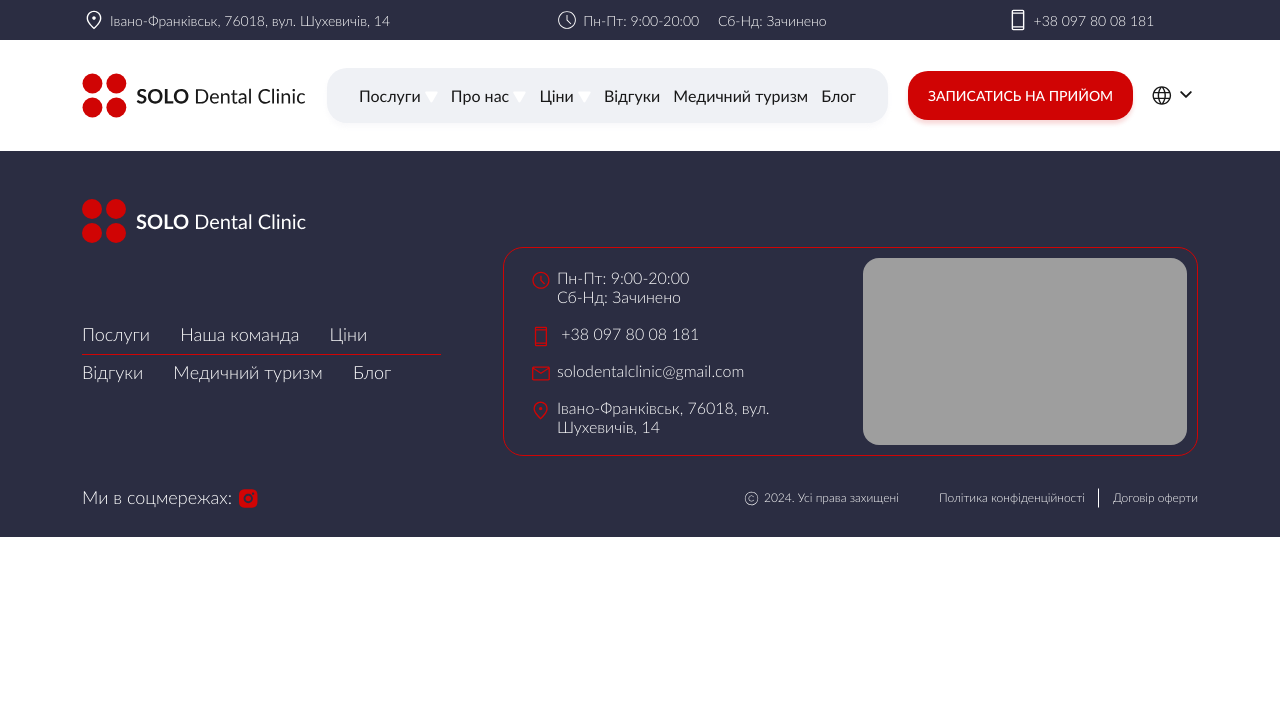
Repository: TarasDutchak/dental-clinic
Page: services.html
An editor plug-in stored every save of this project. The page is shown before and after the next save, followed by the edit.
The browser window is 1280 px wide. The pictures show the whole page.
Pictures or frames that could not be fetched are drawn as grey boxes.

Above is the page before, as saved 2024-12-30 07:33:43.

After the next save:
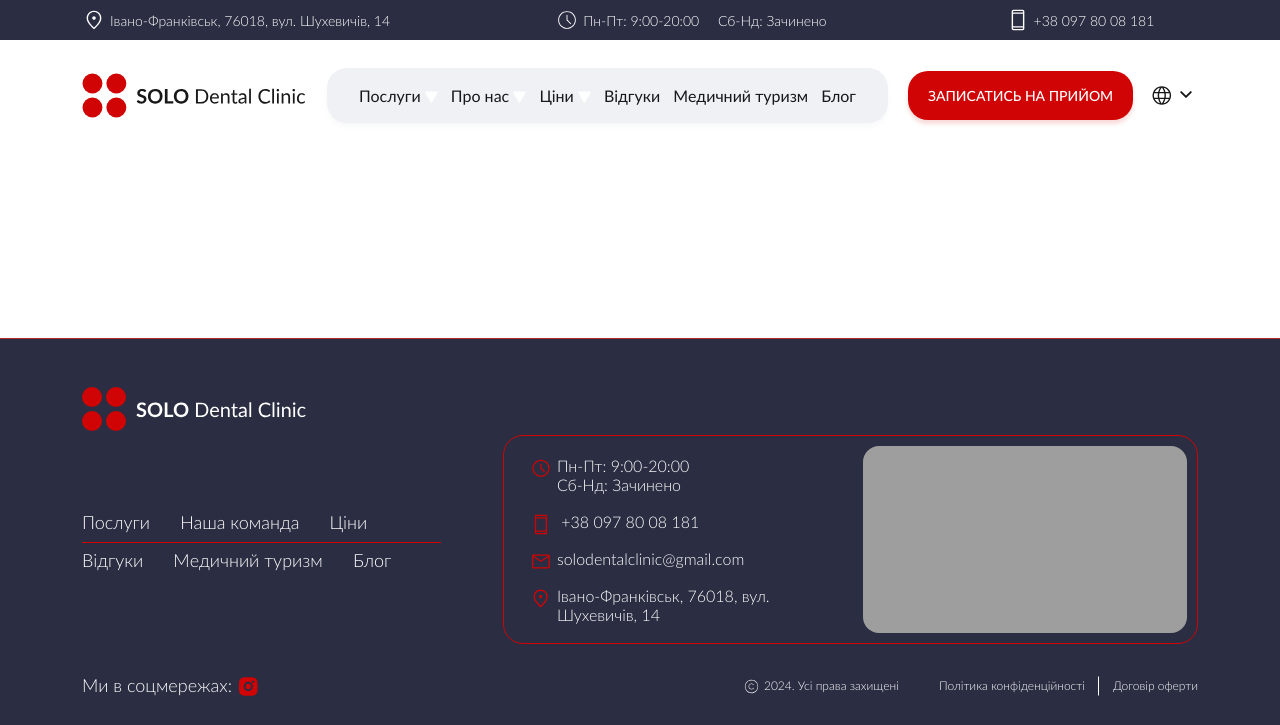
Saved 24 s later.
--- a/services.html
+++ b/services.html
@@ -152,7 +152,9 @@
     </header>
 
     <main class="main">
-
+        <section class="service-topsect">
+
+        </section>
     </main>
 
     <footer class="footer">
